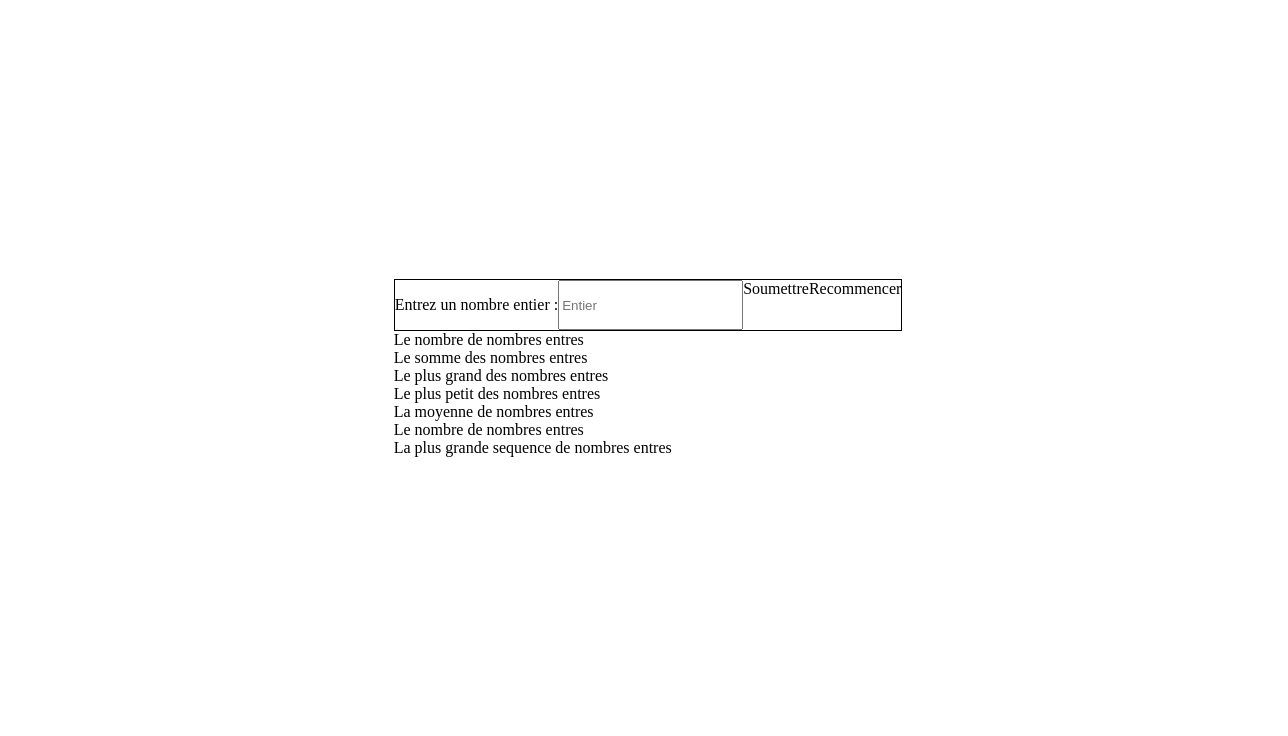
Repository: Thomas088/asbl-proforma
Page: exercices/js/ex-01/index.html
The author's editor kept a copy of each file at every save. The page is drawn from the files as they stood at one save, then again after the next save.
The browser window is 1280 px wide. The page is 1288 px wide, so the pictures cover 1288 px, including what lies to the right of the window. The pictures show the whole page.

Above is the page before, as saved 2020-03-20 01:47:19.

After the next save:
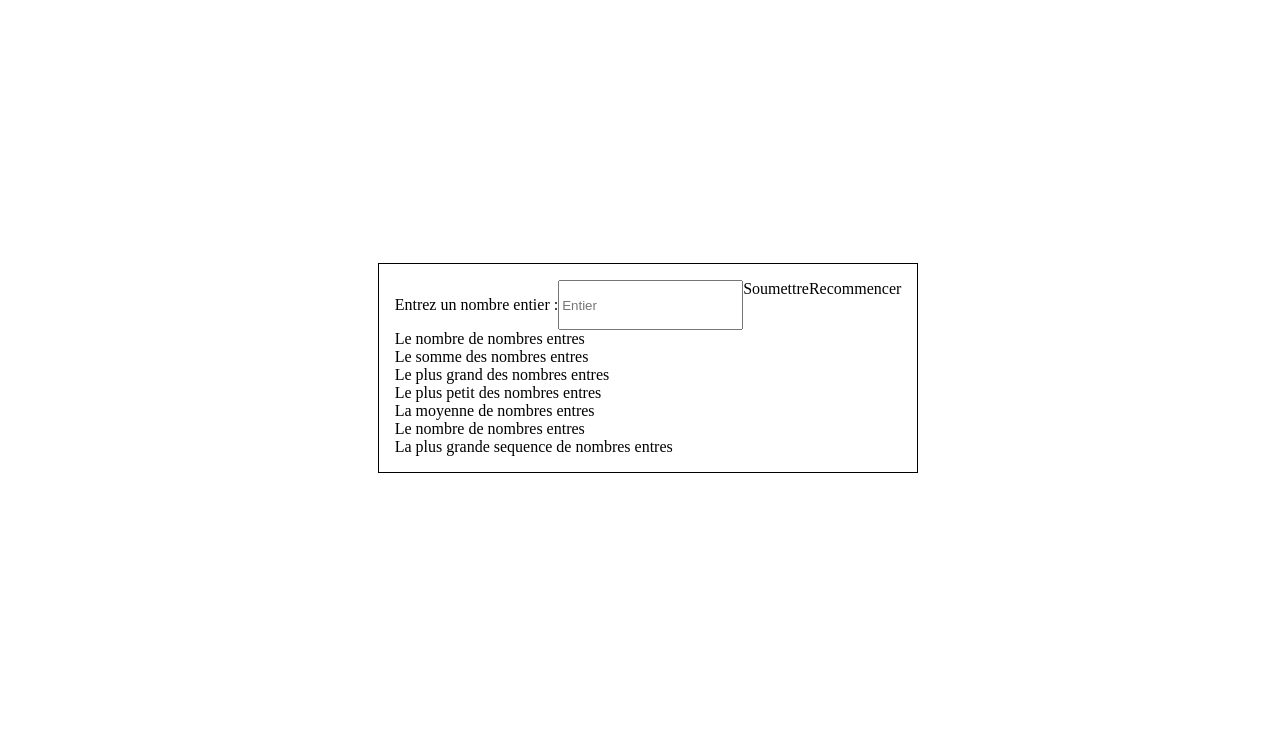
Saved 21 s later.
--- a/exercices/js/ex-01/style.css
+++ b/exercices/js/ex-01/style.css
@@ -6,7 +6,12 @@ body {
     align-items: center;
 }
 
+.tableau {
+    border: 1px solid #000;
+    padding: 1em;
+}
+
 .entry-user {
     display: flex;
-    border: 1px solid #000;
+
 }
